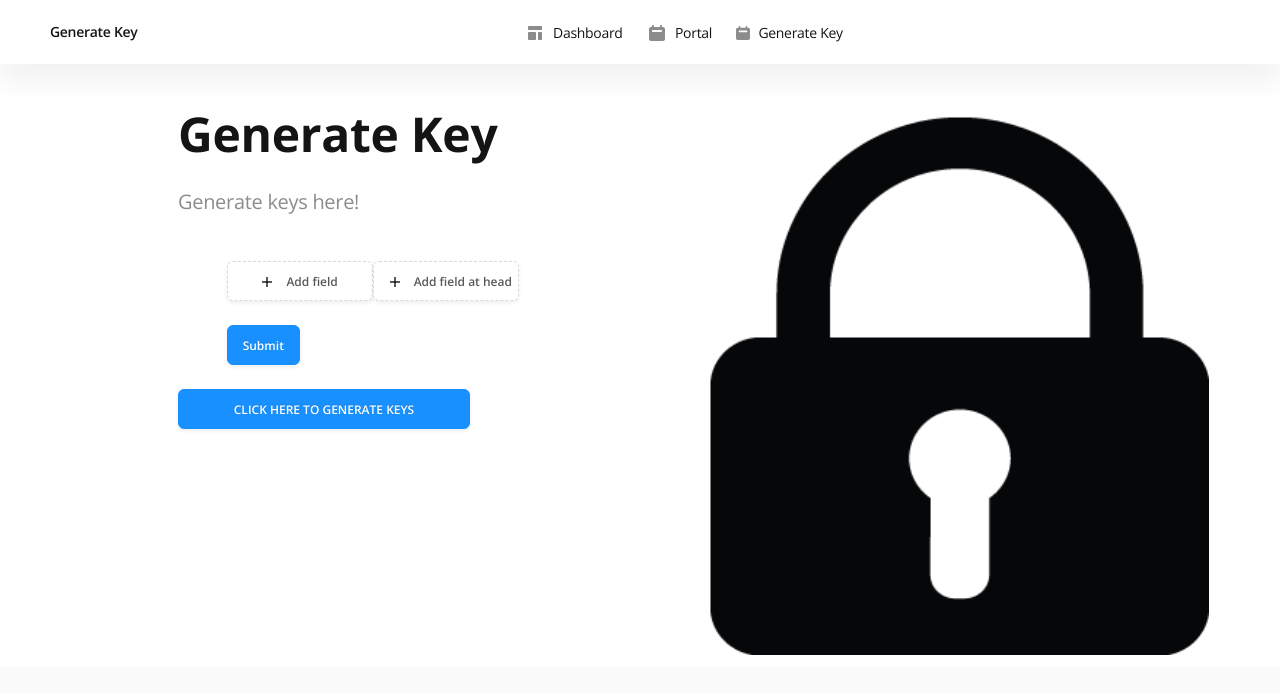
Repository: ahabalikhan/api-analytics-app-fe
Page: /sign-in
An editor plug-in stored every save of this project. The page is shown before and after the next save, followed by the edit.
The browser window is 1280 px wide. The pictures show the whole page.
The project was rebuilt for these pictures with package versions that can differ from the ones it lists, and the page was loaded fresh each time. Also part of the build but not shown: src/components/chart/configs/eChart.js, src/components/chart/EChart.js, src/components/chart/configs/lineChart.js, src/components/chart/LineChart.js, src/pages/Home.js, src/pages/Profile.js, src/components/layout/Sidenav.js, src/components/layout/Footer.js and 2 more. Imported but missing from the stored project, and not drawn on this page: src/pages/Billing, src/pages/Rtl, src/pages/Tables.

Above is the page before, as saved 2022-07-16 23:12:45.

After the next save:
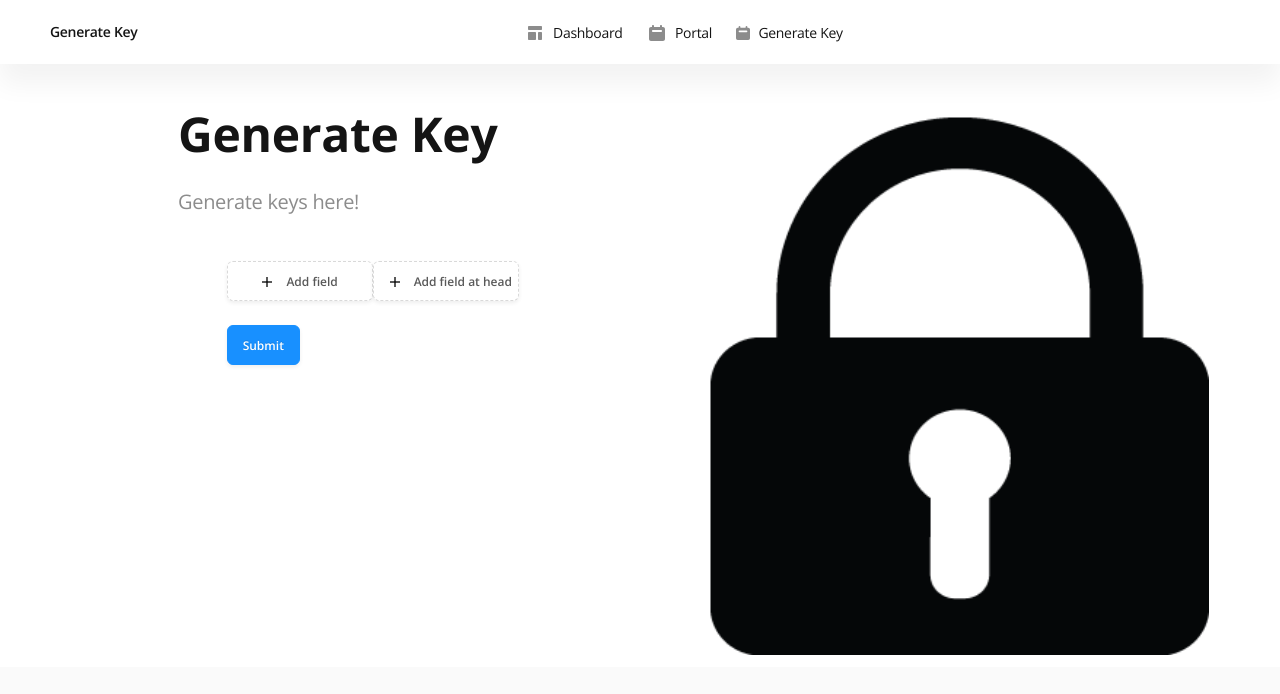
Saved 37 s later.
--- a/src/pages/SignIn.js
+++ b/src/pages/SignIn.js
@@ -140,18 +140,15 @@ const SignIn = () => {
                   layout="vertical"
                   className="row-col"
                 >
-                  <Form.Item>
+                  {/* <Form.Item>
                     <Button
                       type="primary"
                       htmlType="submit"
                       style={{ width: "100%" }}
-                      onClick={()=>{setFlag(true)}}
                     >
                       CLICK HERE TO GENERATE KEYS
                     </Button>
-                  </Form.Item>
-
-                  {flag && <NodesForm />}
+                  </Form.Item> */}
 
                   {/* <Form.Item
                     className="username"
